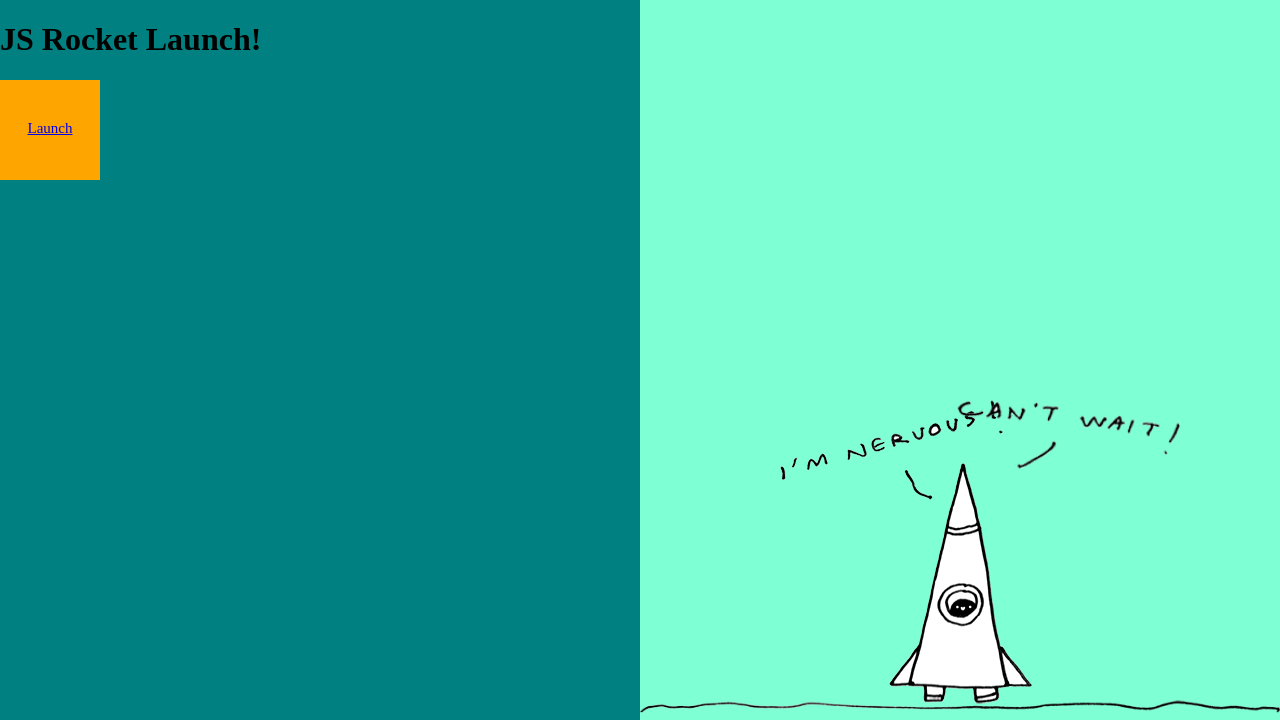
Repository: alcarrizo/Rocket-launch
Page: index.html
The author's editor kept a copy of each file at every save. The page is drawn from the files as they stood at one save, then again after the next save.
The browser window is 1280 px wide. The pictures show the whole page.

Above is the page before, as saved 2022-10-20 17:25:25.

After the next save:
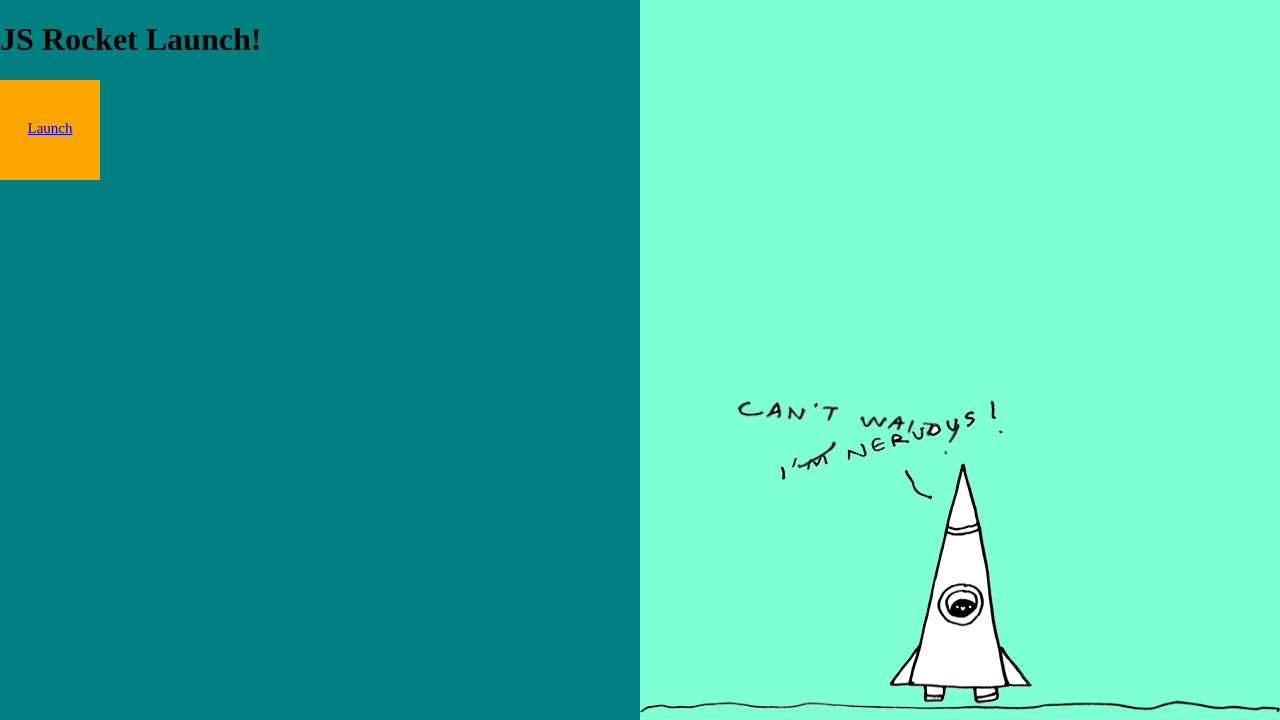
Saved 23 s later.
--- a/css/style.css
+++ b/css/style.css
@@ -84,7 +84,8 @@ body {
 .cant-wait {
     position: absolute;
     bottom: 220px;
-    right: 100px;
+    right: 50%;
+    margin-left: -180px;
     background: url('../img/cant-wait.png') no-repeat 0 0;
     background-size: 100%;
     width: 223px;
